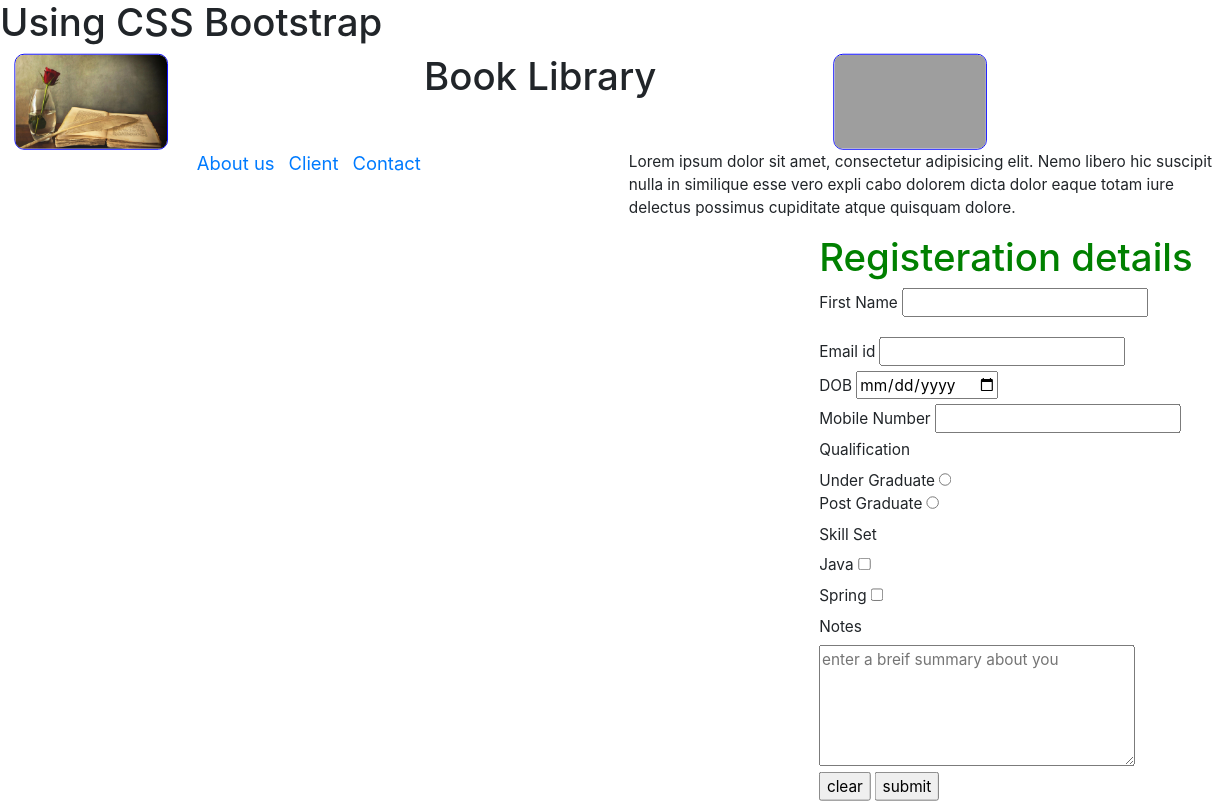
Repository: Balamurugan1914/crud_operation_without_db
Page: CSS_EXAMPLE/src/main/webapp/Bootstrap.html
An editor plug-in stored every save of this project. The page is shown before and after the next save, followed by the edit.
The browser window is 1280 px wide. The pictures show the whole page, at 96% of full size.
Pictures or frames that could not be fetched are drawn as grey boxes.

Above is the page before, as saved 2022-06-27 09:41:22.

### CSS_EXAMPLE/src/main/webapp/Bootstrap.html
<!DOCTYPE html>
<html>
<head>
<meta charset="UTF-8">
<title>Insert title here</title>
<link rel="stylesheet" href="https://cdn.jsdelivr.net/npm/bootstrap@4.0.0/dist/css/bootstrap.min.css" integrity="sha384-Gn5384xqQ1aoWXA+058RXPxPg6fy4IWvTNh0E263XmFcJlSAwiGgFAW/dAiS6JXm" crossorigin="anonymous">
<style type="text/css">

.smallImage {
	width: 160px;
	height: 100px;
	border: 1px solid blue;
	border-radius: 10px


}
ul>li {
	display: inline;
}

a {
	text-decoration: none;
	font-size: 1.2em;
}


</style>
<body>

<h1>Using CSS Bootstrap</h1>

<!-- Fluid container Design -->

<div class="container-fluid">
<div class="row">
	<div class="col-lg-4"><img alt="image of book" src="images/books.jpg"
			class="smallImage left"></div>
	<div class="col-lg-4"><h1>Book Library</h1></div>
	<div class="col-lg-4"><img alt="image of book"
			src="images/book.jpeg" class="smallImage right"></div>
	</div>
	<div class="row">
	<nav class="col-md-6">
			<ul style="margin-left: 150px">
				<li><a href="aboutus.html">About us</a></li>
				<li style="margin-left: 10px"><a href="client.html">Client</a></li>
				<li style="margin-left: 10px"><a href="contact.html">Contact</a></li>

			</ul>
		</nav>
		<article class="col-md-6">
			<p>Lorem ipsum dolor sit amet, consectetur adipisicing elit. Nemo
				libero hic suscipit nulla in similique esse vero expli cabo dolorem
				dicta dolor eaque totam iure delectus possimus cupiditate atque
				quisquam dolore.</p>

	<div class="row">
	<div class="col-md-4"></div>

			<form action="client.html" method="get">
				<h1 style="color: green">Registeration details</h1>
				<div class="form-group">
					<label for="firstName">First Name</label> <input type="text"
						name="firstName" required="required" id="firstName" />
				</div>
				<div>
					<label for="email">Email id</label> <input type="email"
						name="email" id="email" multiple="multiple" />
				</div>
				<div>
					<label for="birthDate">DOB</label> <input type="date"
						name="dateBirth" id="birthDate" />
				</div>

				<div>
					<label for="mobile">Mobile Number</label> <input type="tel"
						name="phonenumber" id="mobile" pattern="[0-9]{10}" />
				</div>
				<div>
					<label for="qualification">Qualification</label>
				</div>
				<div>
					<label for="ug"></label>Under Graduate <input type="radio"
						value="Post Graduate" name="qualification" id="ug" />
				</div>
				<div>
					<label for="pg">Post Graduate</label> <input type="radio"
						value="Post Graduate" name="qualification" id="pg" />
				</div>
				<div>
					<label for="Skill">Skill Set</label>
				</div>
				<div>
					<label for="java">Java</label> <input type="checkbox" value="java"
						name="skill" id="java" />
				</div>
				<div>
					<label for="Spring">Spring</label> <input type="checkbox"
						value="Spring" name="skill" id="Spring" />
				</div>
				<div>
					<label for="Notes">Notes</label>
				</div>
				<div>
					<textarea name="notes" rows="5" cols="30"
						placeholder="enter a breif summary about you"></textarea>
				</div>
				<div>
					<input type="reset" value="clear"> <input type="submit"
						value="submit">

				</div>
			</form>

		</article>




	</div>

	<div>







	</div>
</div>

</body>
</html>

After the next save:
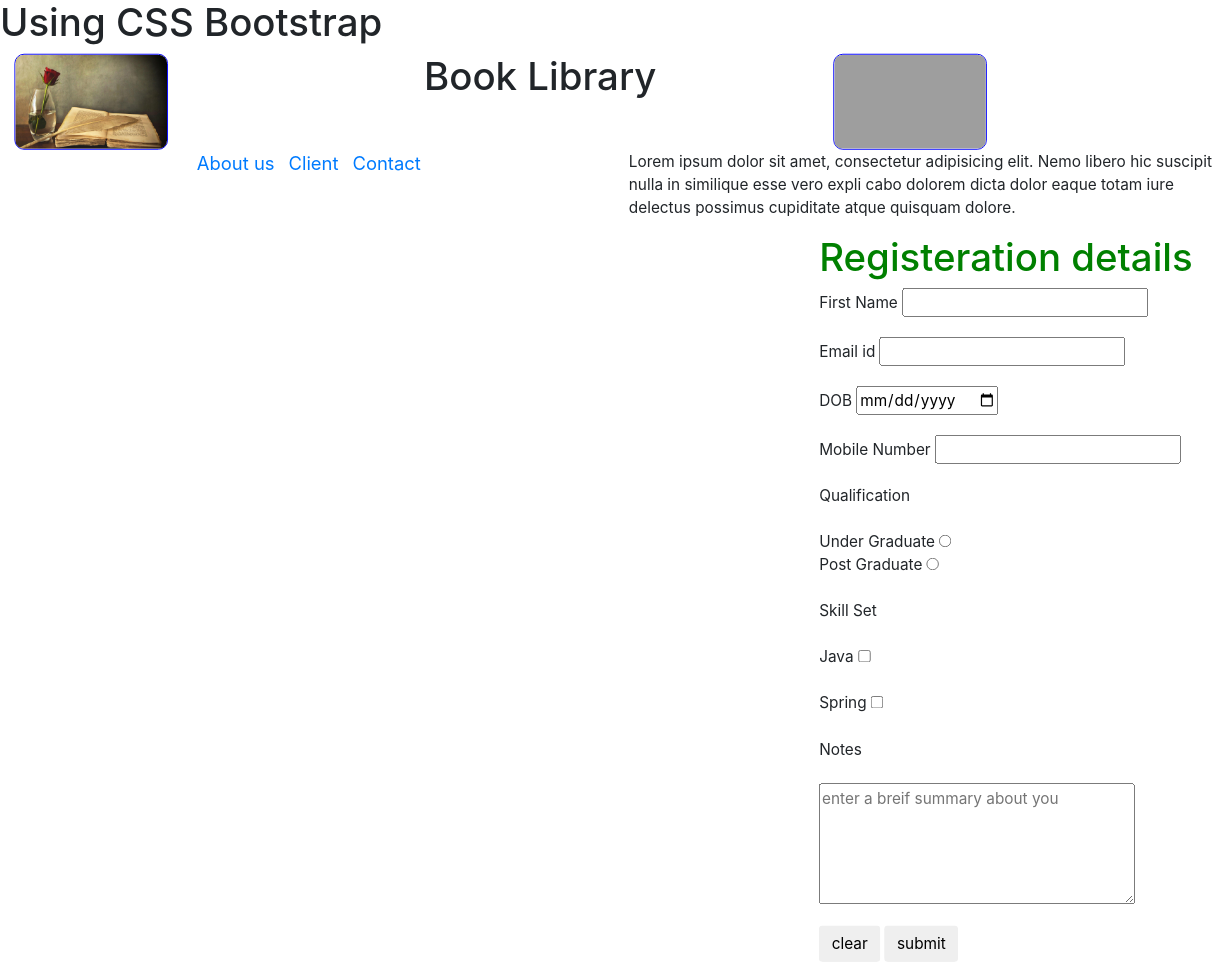
Saved 101 s later.
--- a/CSS_EXAMPLE/src/main/webapp/Bootstrap.html
+++ b/CSS_EXAMPLE/src/main/webapp/Bootstrap.html
@@ -63,51 +63,51 @@ a {
 					<label for="firstName">First Name</label> <input type="text"
 						name="firstName" required="required" id="firstName" />
 				</div>
-				<div>
+				<div class="form-group">
 					<label for="email">Email id</label> <input type="email"
 						name="email" id="email" multiple="multiple" />
 				</div>
-				<div>
+				<div class="form-group">
 					<label for="birthDate">DOB</label> <input type="date"
 						name="dateBirth" id="birthDate" />
 				</div>
 
-				<div>
+				<div class="form-group">
 					<label for="mobile">Mobile Number</label> <input type="tel"
 						name="phonenumber" id="mobile" pattern="[0-9]{10}" />
 				</div>
-				<div>
+				<div class="form-group">
 					<label for="qualification">Qualification</label>
 				</div>
 				<div>
 					<label for="ug"></label>Under Graduate <input type="radio"
 						value="Post Graduate" name="qualification" id="ug" />
 				</div>
-				<div>
+				<div class="form-group">
 					<label for="pg">Post Graduate</label> <input type="radio"
 						value="Post Graduate" name="qualification" id="pg" />
 				</div>
-				<div>
+				<div class="form-group">
 					<label for="Skill">Skill Set</label>
 				</div>
-				<div>
+				<div class="form-group">
 					<label for="java">Java</label> <input type="checkbox" value="java"
 						name="skill" id="java" />
 				</div>
-				<div>
+				<div class="form-group">
 					<label for="Spring">Spring</label> <input type="checkbox"
 						value="Spring" name="skill" id="Spring" />
 				</div>
-				<div>
+				<div class="form-group">
 					<label for="Notes">Notes</label>
 				</div>
-				<div>
+				<div class="form-group">
 					<textarea name="notes" rows="5" cols="30"
 						placeholder="enter a breif summary about you"></textarea>
 				</div>
-				<div>
-					<input type="reset" value="clear"> <input type="submit"
-						value="submit">
+				<div class="form-group">
+					<input type="reset" value="clear" class="btn info-danger"> <input type="submit"
+						value="submit" class="btn info-success">
 
 				</div>
 			</form>
